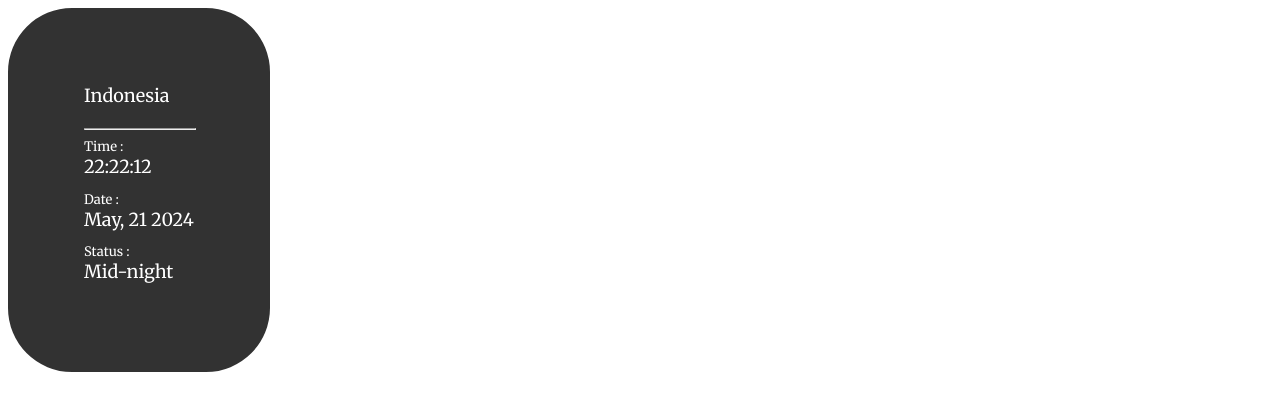
Repository: SnakeXrnt/notion-clock
Page: indonesia.html
These files come from the project's save history. The page is drawn as it stood at one moment and after a run of saves; the edit follows.
The browser window is 1280 px wide. The pictures show the whole page.

Above is the page before, as saved 2024-05-21 16:37:19.

After the next 2 saves:
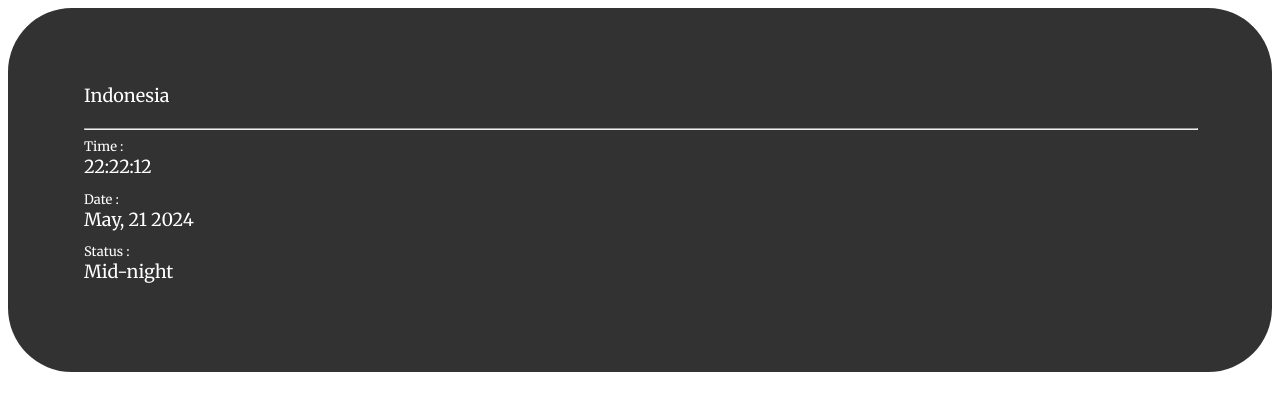
The 2 saves are shown as one change because they came seconds apart.
The last was saved 44 s later.
--- a/indonesia.html
+++ b/indonesia.html
@@ -29,8 +29,8 @@
         .box {
             display: flex;
             flex-direction: column;
-            width: max-content;
-            height: max-content;
+            min-width: max-content;
+            min-height: max-content;
             border: 6vw solid rgb(50, 50, 50);
             background-color: rgb(50, 50, 50);
             border-radius: 5vw;

After the save that followed:
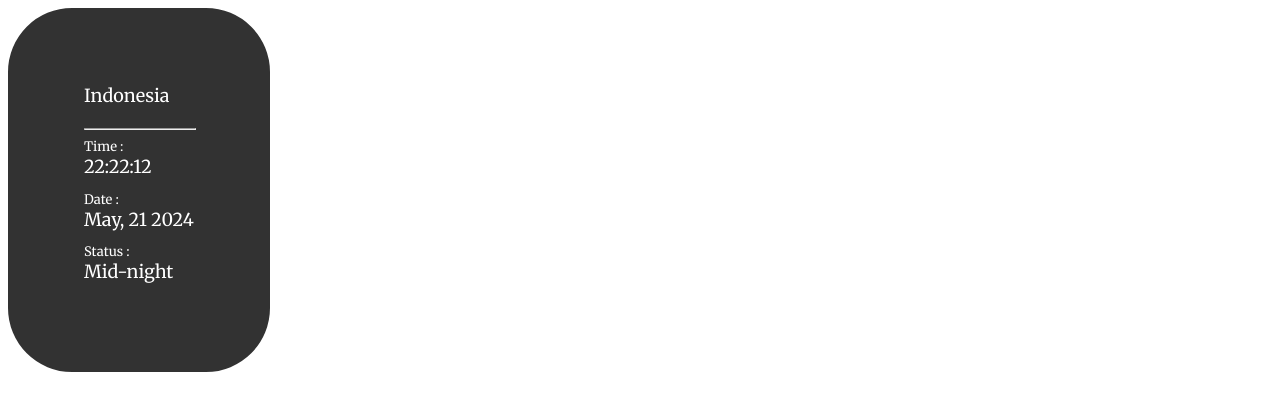
Saved 3 min 53 s later.
--- a/indonesia.html
+++ b/indonesia.html
@@ -29,7 +29,7 @@
         .box {
             display: flex;
             flex-direction: column;
-            min-width: max-content;
+            width: max-content;
             min-height: max-content;
             border: 6vw solid rgb(50, 50, 50);
             background-color: rgb(50, 50, 50);
